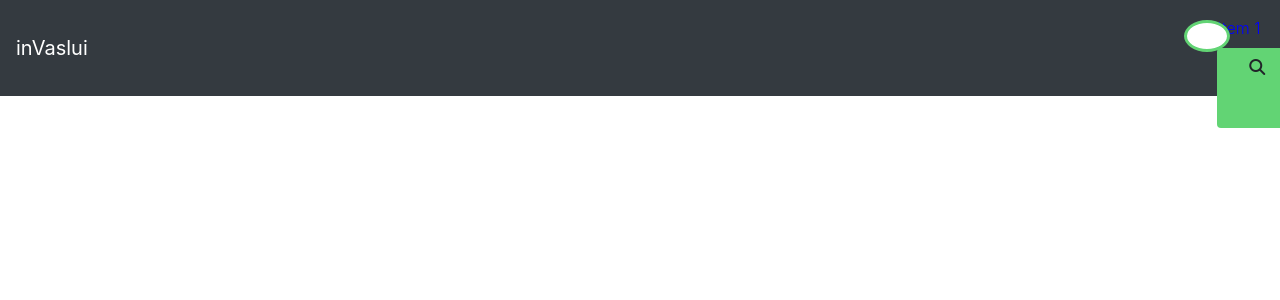
Repository: nicolasolo/in-vaslui
Page: index.html
These files come from the project's save history. The page is drawn as it stood at one moment and after the next save; the edit follows.
The browser window is 1280 px wide. The pictures show the whole page.
Some web libraries are served in a nearby version.

Above is the page before, as saved 2020-03-29 21:10:01.

After the next save:
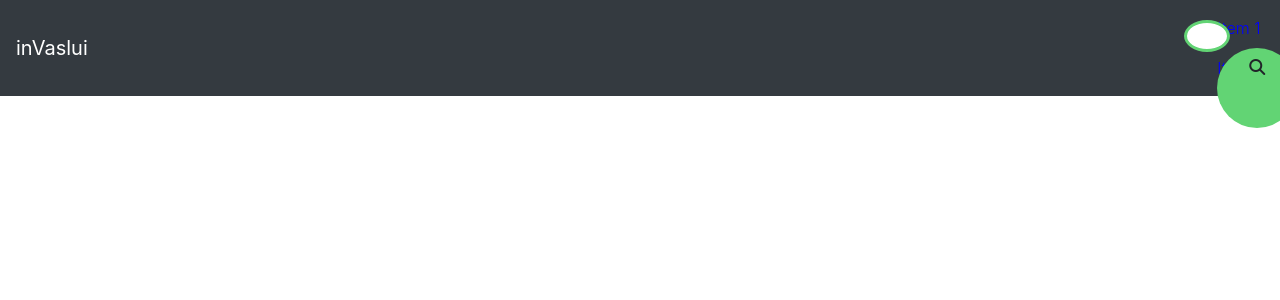
Saved 4 s later.
--- a/css/vaslui.css
+++ b/css/vaslui.css
@@ -45,7 +45,7 @@ a.navbar-brand{
     width: 80px;
     height: 80px;
     background: #62d474;
-    border-radius: ;
+    border-radius: 50%;
 }
 ul.navbar-nav{
     color: black;
